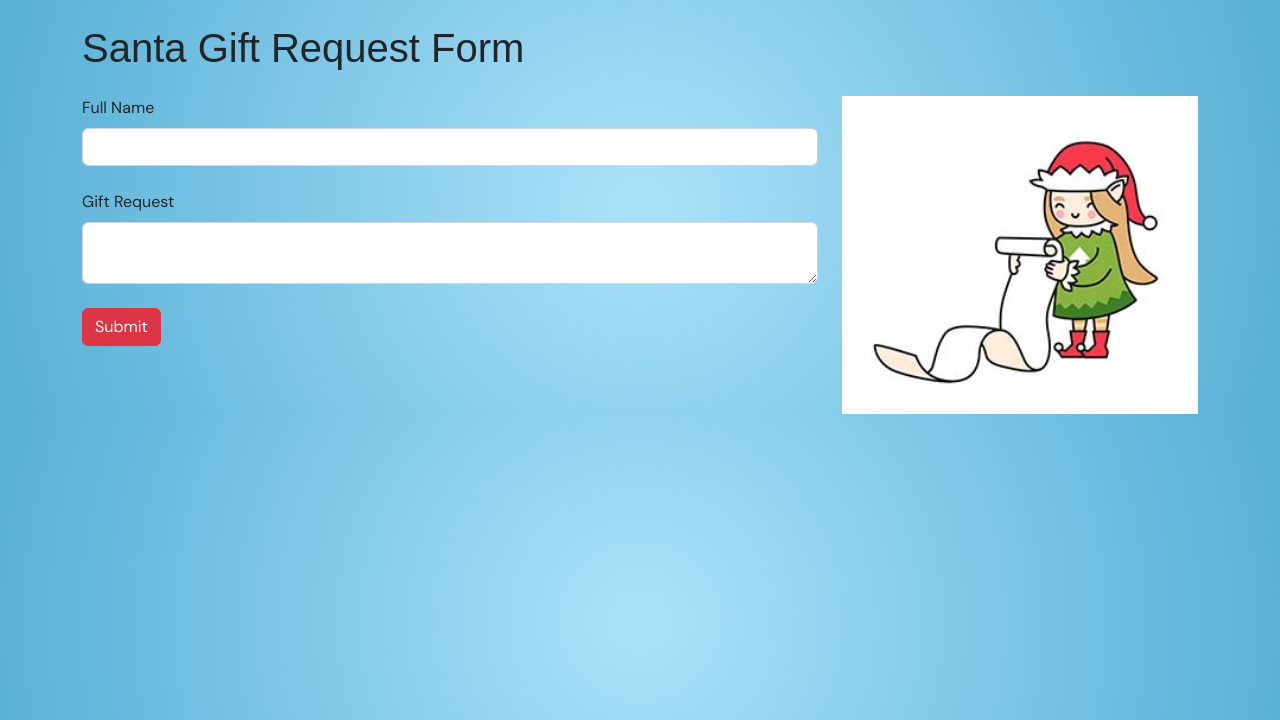
Repository: sarahlochhead/check-santas-list
Page: check-santas-list.html
These files come from the project's save history. The page is drawn as it stood at one moment and after the next save; the edit follows.
The browser window is 1280 px wide. The pictures show the whole page.
Some web fonts or font styles are not loaded; a fallback is used.

Above is the page before, as saved 2023-11-24 20:23:58.

After the next save:
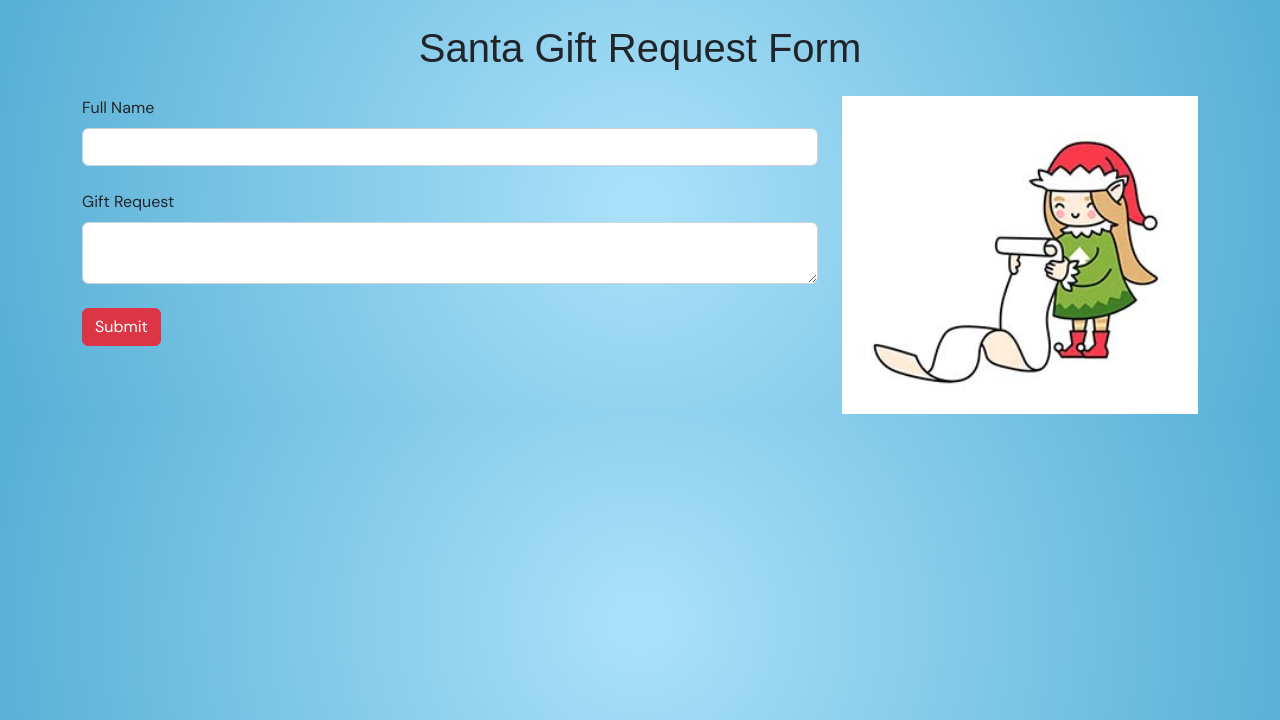
Saved 37 s later.
--- a/check-santas-list.html
+++ b/check-santas-list.html
@@ -16,7 +16,7 @@
 <body class="container santa">
     <main>
         <header>
-            <h1 class="mb-4 mt-4 ">Santa Gift Request Form</h1>
+            <h1 class="mb-4 mt-4 text-center">Santa Gift Request Form</h1>
         </header>
         <section class="row">
             <form class="col-8">
